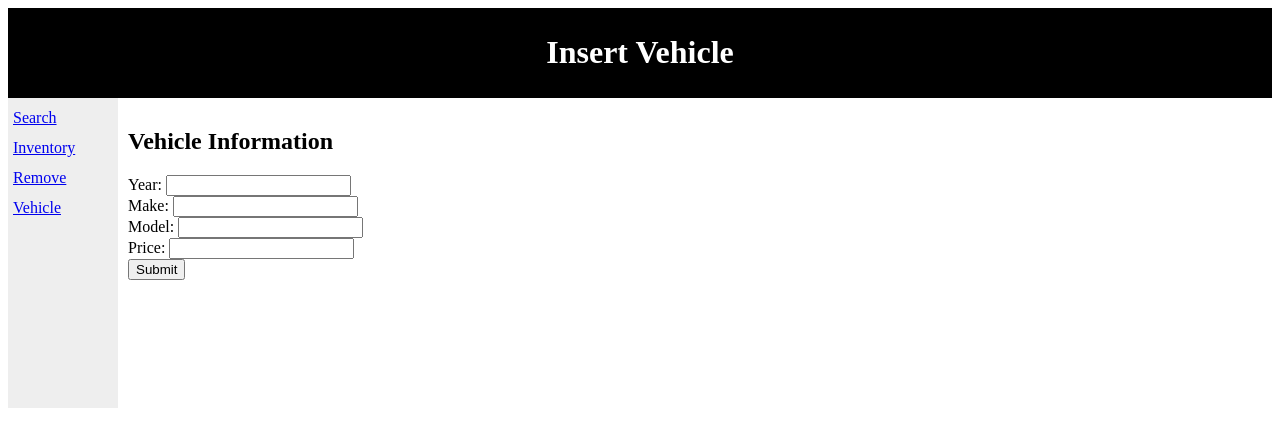
Repository: CamdenMurphy/workspace4830-intro-to-software-engineering
Page: techExercise/techExercise-Murphy/src/main/webapp/insert_murphy.html
The author's editor kept a copy of each file at every save. The page is drawn from the files as they stood at one save, then again after the next save.
The browser window is 1280 px wide. The pictures show the whole page.

Above is the page before, as saved 2023-10-12 05:59:01.

### techExercise/techExercise-Murphy/src/main/webapp/insert_murphy.html
<html>
<head>
<style>
header {
    background-color:black;
    color:white;
    text-align:center;
    padding:5px;
}
nav {
    line-height:30px;
    background-color:#eeeeee;
    height:300px;
    width:100px;
    float:left;
    padding:5px;
}
section {
    width:350px;
    float:left;
    padding:10px;
}
footer {
    background-color:black;
    color:white;
    clear:both;
    text-align:center;
    padding:5px;
}
</style>
</head>

<body>
<header>
<h1> Insert Vehicle </h1>
</header>

<nav>
<a href="/techExercise-Murphy/search_murphy.html">Search Inventory</a> <br>
<a href="/techExercise-Murphy/delete_murphy.html">Remove Vehicle</a> <br>
</nav>

<section>
	<h1>Vehicle Information</h1>

	<form action="InsertMurphy" method="POST">

		Year: <input type="text" name="year"> <br />
		Make: <input type="text" name="make"> <br />
		Model: <input type="text" name="model"> <br />
		Price: <input type="text" name="price"> <br />

		<input type="submit" value="Submit" />
	</form>

</section>

</body>
</html>

After the next save:
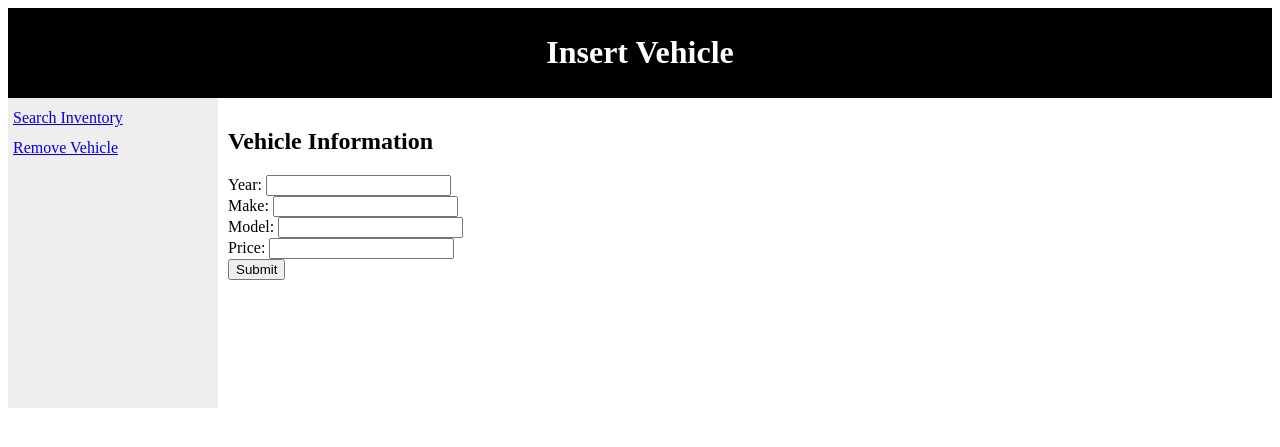
Saved 77 s later.
--- a/techExercise/techExercise-Murphy/src/main/webapp/insert_murphy.html
+++ b/techExercise/techExercise-Murphy/src/main/webapp/insert_murphy.html
@@ -11,7 +11,7 @@ nav {
     line-height:30px;
     background-color:#eeeeee;
     height:300px;
-    width:100px;
+    width:200px;
     float:left;
     padding:5px;
 }
